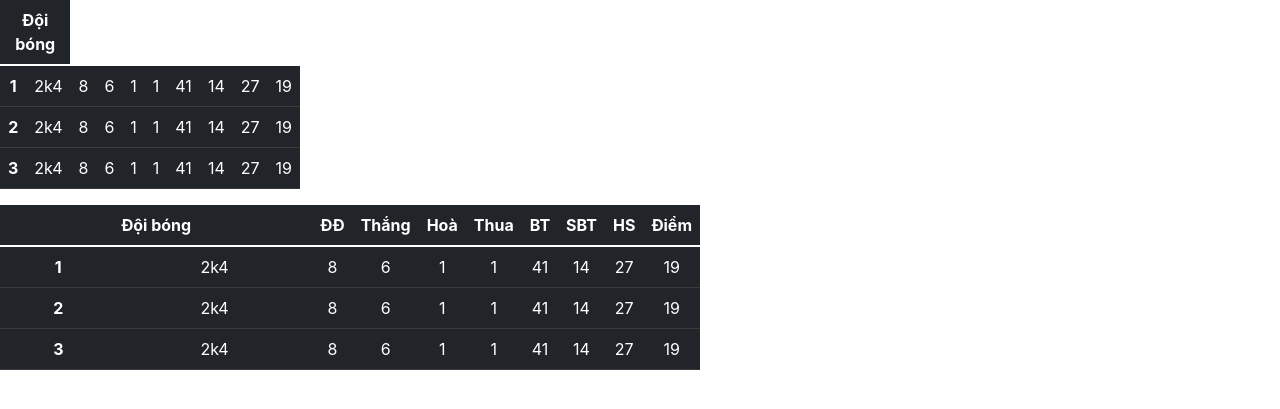
Repository: tuan842001/thulam
Page: /
These files come from the project's save history. The page is drawn as it stood at one moment and after the next save; the edit follows.
The browser window is 1280 px wide. The pictures show the whole page.
The project was rebuilt for these pictures with package versions that can differ from the ones it lists, and the page was loaded fresh each time.

Above is the page before, as saved 2022-01-11 15:05:07.

### public/index.html
<!DOCTYPE html>
<html lang="en">
  <head>
    <meta charset="utf-8" />
    <link rel="icon" href="%PUBLIC_URL%/favicon.ico" />
    <meta name="viewport" content="width=device-width, initial-scale=1" />
    <meta name="theme-color" content="#000000" />
    <meta
      name="description"
      content="Web site created using create-react-app"
    />

    <link href="https://cdn.jsdelivr.net/npm/bootstrap@5.1.3/dist/css/bootstrap.min.css" rel="stylesheet" integrity="sha384-1BmE4kWBq78iYhFldvKuhfTAU6auU8tT94WrHftjDbrCEXSU1oBoqyl2QvZ6jIW3" crossorigin="anonymous">
<script src="https://cdn.jsdelivr.net/npm/bootstrap@5.1.3/dist/js/bootstrap.bundle.min.js" integrity="sha384-ka7Sk0Gln4gmtz2MlQnikT1wXgYsOg+OMhuP+IlRH9sENBO0LRn5q+8nbTov4+1p" crossorigin="anonymous"></script>
    <title>React App</title>
  </head>
  <body>
    <noscript>You need to enable JavaScript to run this app.</noscript>
    <div id="root"></div>

  </body>
</html>

### src/App.js
import "./App.css";

function App() {
  return (
    <div className="App">
      <table
        className="table table-dark table-hover"
        style={{ width: "100px" }}
      >
        <thead>
          <tr>
            <th scope="col" colspan="2">
              Đội bóng
            </th>
          </tr>
        </thead>
        <tbody>
          <tr>
            <th scope="row">1</th>
            <td>2k4</td>
            <td>8</td>
            <td>6</td>
            <td>1</td>
            <td>1</td>
            <td>41</td>
            <td>14</td>
            <td>27</td>
            <td>19</td>
          </tr>
          <tr>
            <th scope="row">2</th>
            <td>2k4</td>
            <td>8</td>
            <td>6</td>
            <td>1</td>
            <td>1</td>
            <td>41</td>
            <td>14</td>
            <td>27</td>
            <td>19</td>
          </tr>
          <tr>
            <th scope="row">3</th>
            <td>2k4</td>
            <td>8</td>
            <td>6</td>
            <td>1</td>
            <td>1</td>
            <td>41</td>
            <td>14</td>
            <td>27</td>
            <td>19</td>
          </tr>
        </tbody>
      </table>
      <table
        className="table table-dark table-hover"
        style={{ width: "700px" }}
      >
        <thead>
          <tr>
            <th scope="col" colspan="2">
              Đội bóng
            </th>
            <th scope="col" className="hihi">
              ĐĐ
            </th>
            <th scope="col" className="hihi">
              Thắng
            </th>
            <th scope="col" className="hihi">
              Hoà
            </th>
            <th scope="col" className="hihi">
              Thua
            </th>
            <th scope="col" className="hihi">
              BT
            </th>
            <th scope="col" className="hihi">
              SBT
            </th>
            <th scope="col" className="hihi">
              HS
            </th>
            <th scope="col" className="hihi">
              Điểm
            </th>
          </tr>
        </thead>
        <tbody>
          <tr>
            <th scope="row">1</th>
            <td>2k4</td>
            <td>8</td>
            <td>6</td>
            <td>1</td>
            <td>1</td>
            <td>41</td>
            <td>14</td>
            <td>27</td>
            <td>19</td>
          </tr>
          <tr>
            <th scope="row">2</th>
            <td>2k4</td>
            <td>8</td>
            <td>6</td>
            <td>1</td>
            <td>1</td>
            <td>41</td>
            <td>14</td>
            <td>27</td>
            <td>19</td>
          </tr>
          <tr>
            <th scope="row">3</th>
            <td>2k4</td>
            <td>8</td>
            <td>6</td>
            <td>1</td>
            <td>1</td>
            <td>41</td>
            <td>14</td>
            <td>27</td>
            <td>19</td>
          </tr>
        </tbody>
      </table>
    </div>
  );
}

export default App;

### src/App.css
.App {
  text-align: center;
}

.App-logo {
  height: 40vmin;
  pointer-events: none;
}

@media (prefers-reduced-motion: no-preference) {
  .App-logo {
    animation: App-logo-spin infinite 20s linear;
  }
}

.App-header {
  background-color: #282c34;
  min-height: 100vh;
  display: flex;
  flex-direction: column;
  align-items: center;
  justify-content: center;
  font-size: calc(10px + 2vmin);
  color: white;
}

.App-link {
  color: #61dafb;
}

@keyframes App-logo-spin {
  from {
    transform: rotate(0deg);
  }

  to {
    transform: rotate(360deg);
  }
}

.hihi {
  width: 5%;
}

Loaded but not shown: src/index.js (common file); src/index.css (common file)

After the next save:
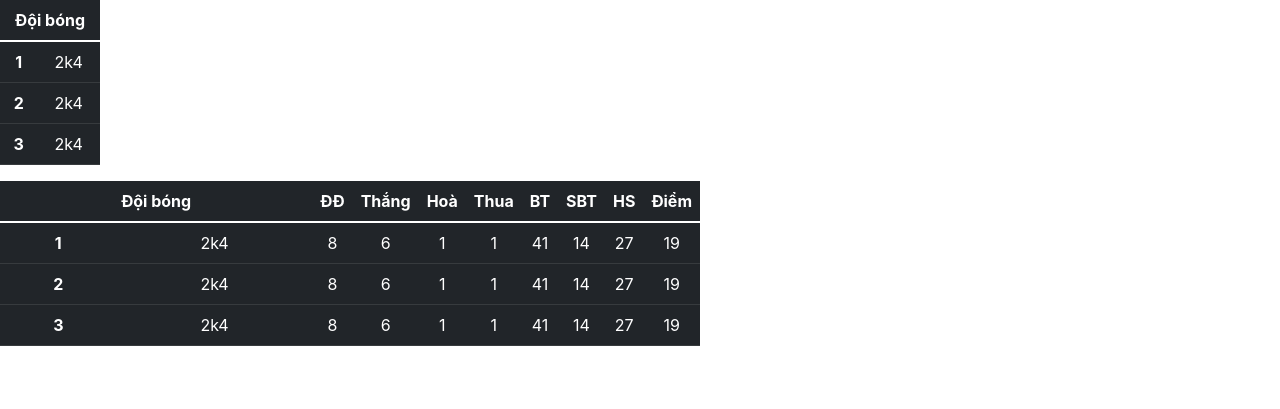
Saved 40 s later.
--- a/src/App.js
+++ b/src/App.js
@@ -18,38 +18,14 @@ function App() {
           <tr>
             <th scope="row">1</th>
             <td>2k4</td>
-            <td>8</td>
-            <td>6</td>
-            <td>1</td>
-            <td>1</td>
-            <td>41</td>
-            <td>14</td>
-            <td>27</td>
-            <td>19</td>
           </tr>
           <tr>
             <th scope="row">2</th>
             <td>2k4</td>
-            <td>8</td>
-            <td>6</td>
-            <td>1</td>
-            <td>1</td>
-            <td>41</td>
-            <td>14</td>
-            <td>27</td>
-            <td>19</td>
           </tr>
           <tr>
             <th scope="row">3</th>
             <td>2k4</td>
-            <td>8</td>
-            <td>6</td>
-            <td>1</td>
-            <td>1</td>
-            <td>41</td>
-            <td>14</td>
-            <td>27</td>
-            <td>19</td>
           </tr>
         </tbody>
       </table>
